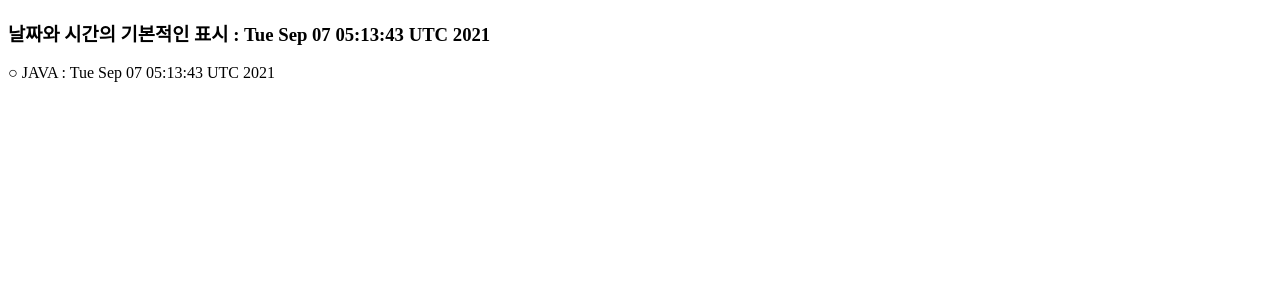
Repository: youngmoon525/Jsp_Servlet
Page: http://localhost/03.JSP/jsp38.jsp
The author's editor kept a copy of each file at every save. The page is drawn from the files as they stood at one save, then again after the next save.
The browser window is 1280 px wide. The pictures show the whole page.
The page is served by Tomcat 9. Other server files are loaded and not shown.

Above is the page before, as saved 2021-09-09 02:57:50.

### workspace/03.JSP/WebContent/jsp38.jsp
<%@page import="java.util.Date"%>
<%@ page language="java" contentType="text/html; charset=UTF-8" pageEncoding="UTF-8"%>
<%@ taglib prefix="c" uri="http://java.sun.com/jsp/jstl/core" %>
<!DOCTYPE html>
<html>
<head>
<meta charset="UTF-8">
<title>JSP38</title>
</head>
<body>
<c:set var="date" value="<%=new Date() %>"/>
<h3>날짜와 시간의 기본적인 표시 : ${date}</h3>


<%
Date now = new Date();
%>
○ JAVA : <%=now %>
</body>
</html>

After the next save:
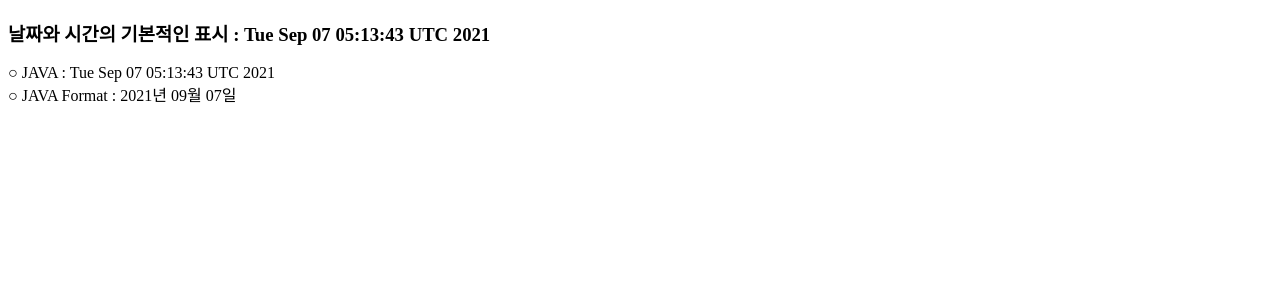
Saved 2 min 8 s later.
--- a/workspace/03.JSP/WebContent/jsp38.jsp
+++ b/workspace/03.JSP/WebContent/jsp38.jsp
@@ -1,3 +1,4 @@
+<%@page import="java.text.SimpleDateFormat"%>
 <%@page import="java.util.Date"%>
 <%@ page language="java" contentType="text/html; charset=UTF-8" pageEncoding="UTF-8"%>
 <%@ taglib prefix="c" uri="http://java.sun.com/jsp/jstl/core" %>
@@ -14,7 +15,9 @@
 
 <%
 Date now = new Date();
+SimpleDateFormat sdf = new SimpleDateFormat("yyyy년 MM월 dd일");
 %>
-○ JAVA : <%=now %>
+○ JAVA : <%=now %><br/>
+○ JAVA Format : <%=sdf.format(now) %>
 </body>
 </html>
